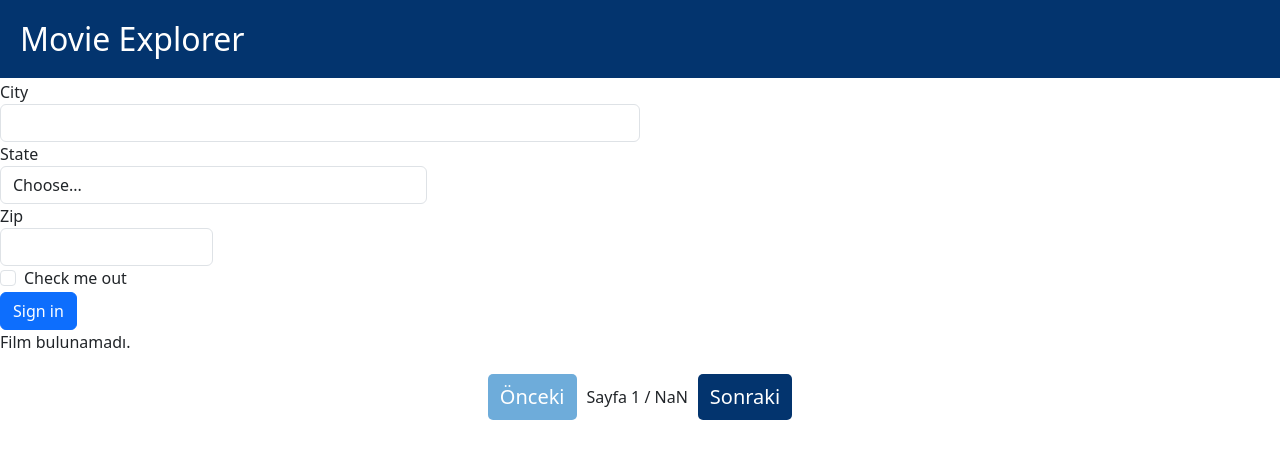
Repository: denizdizi/movie-explorer
Page: /
The author's editor kept a copy of each file at every save. The page is drawn from the files as they stood at one save, then again after the next save.
The browser window is 1280 px wide. The pictures show the whole page.
The page's requests for data from a server got no answer. The project was rebuilt for these pictures with package versions that can differ from the ones it lists, and the page was loaded fresh each time. No one was signed in, and anything a server would have sent is missing. Also part of the build but not shown: src/App.css, src/components/MovieCard.js.

Above is the page before, as saved 2025-03-28 22:47:29.

### src/index.js
import React from 'react';
import ReactDOM from 'react-dom/client';
import './index.css';
import App from './App';
import reportWebVitals from './reportWebVitals';
import { Provider } from 'react-redux';
import store from "./store/store";
import 'bootstrap/dist/css/bootstrap.min.css';
import 'bootstrap/dist/js/bootstrap.bundle.min';

const root = ReactDOM.createRoot(document.getElementById('root'));
root.render(
  <Provider store={store}>
    <App />
  </Provider>
);

// If you want to start measuring performance in your app, pass a function
// to log results (for example: reportWebVitals(console.log))
// or send to an analytics endpoint. Learn more: https://bit.ly/CRA-vitals
reportWebVitals();

### src/App.js
import './App.css';
import React from "react";
import { BrowserRouter as Router, Routes, Route } from "react-router-dom";
import Home from "./pages/Home";
import "./styles/global.scss";

function App() {
  return (
    <Router>
      <Routes>
        <Route path="/" element={<Home />} />
        {/* <Route path="/movie/:id" element={<MovieDetails />} /> */}
      </Routes>
    </Router>
  );
}

export default App;

### src/store/store.js
import { createStore, applyMiddleware, combineReducers } from "redux";
import { thunk } from "redux-thunk";
import movieReducer from "./reducers";

const rootReducer = combineReducers({
  movies: movieReducer,
});

const store = createStore(rootReducer, applyMiddleware(thunk));

export default store;

### src/pages/Home.js
import React, { useEffect, useState } from "react";
import { useDispatch, useSelector } from "react-redux";
import { fetchMovies } from "../store/actions";
import { setPage } from "../store/actions";
import MovieList from "../components/MovieList";
import SearchBar from "../components/SearchBar";
import Pagination from "../components/Pagination";
import { TailSpin } from 'react-loader-spinner';

const Home = () => {
  const dispatch = useDispatch();
  const { movies } = useSelector((state) => state);

  useEffect(() => {
    console.log("Current page changed:", movies.currentPage);
    dispatch(fetchMovies("pokemon", movies.currentPage));
  }, [dispatch, movies.currentPage]);

  const handlePageChange = (newPage) => {
    dispatch(setPage(newPage));
  };

  const handleSearch = (query) => {
    dispatch(fetchMovies(query, 1));
    dispatch(setPage(1));
  }

  return (
    <div>
      <h1 className="page-title">Movie Explorer</h1>
      <SearchBar onSearch={handleSearch}/>
      {movies.loading && (
        <div className="loading-overlay">
          {/* TailSpin spinner'ını burada gösteriyoruz */}
          <TailSpin
            height="100"
            width="100"
            color="#00BFFF"
            ariaLabel='loading'
          />
        </div>
      )}
      {movies.error && <p>Hata: {movies.error}</p>}
      <MovieList movies={movies} />
      <Pagination
        currentPage={movies.currentPage}
        totalResults={movies.totalResults}
        onPageChange={handlePageChange}
      />
    </div>
  );
};

export default Home;

### src/styles/global.scss
body {
    padding-top: 80px;
    font-family: 'Franklin Gothic Medium', 'Arial Narrow', Arial, sans-serif;
    background-color: #f9f9f9;
}

.movie-list {
    justify-content: center;
}

.movie-line {
  display: flex;
  align-items: center;
  margin-bottom: 2em;
  background-color: #f9f9f9;
  gap: 2em;
  justify-content: center;
}

.movie-card {
  width: 200px; /* Kartın genişliği */
  height: 300px; /* Kartın yüksekliği */
  border-radius: 10px; /* Köşeleri yuvarlat */
  box-shadow: 0 4px 8px rgba(0, 0, 0, 0.2); /* Gölgelendirme */
  overflow: hidden; /* İçerik taşmasını engelle */
  background-color: #fff; /* Arka plan beyaz */
  display: flex;
  flex-direction: column; /* İçeriği dikey yerleştir */
  align-items: center;
  justify-content: flex-start; /* Başlık ve içerikler üst kısımda yer alsın */
  padding: 10px;
  border: 1px solid #ddd; /* Çerçeve */
}

.img-container {
  width: 100%; /* Konteynerin genişliği */
  height: 60%; /* Resmin yüksekliği */
  overflow: hidden;
  padding: 0; /* Paddingi sıfırlayın */
  display: flex;
  justify-content: center;
  align-items: center; /* Resmin ortalanması için */
  border-radius: 5px;
}

.img-container img {
  width: 100%;
  height: 100%;
  object-fit: cover; /* Resmi konteynere tam sığdır */
  object-position: center;
}

.movie-card h3 {
  margin-top: 10px;
  font-size: 16px;
  text-align: center;
}

@media (max-width: 700px) {
  .movie-line {
    flex-direction: column;
  }

  .img-container {
    height: 60%; /* Küçük ekranlarda img-container yüksekliğini azaltın */
  }
}

.search-bar {
    display: flex;
    align-items: center;
    justify-content: center;
    margin: 20px 0;
  }

  .input-wrapper {
    display: flex;
    position: relative;
  }

  .search-input {
    padding: 10px;
    font-size: 1rem;
    border-radius: 5px;
    border: 1px solid #ccc;
    width: 300px;
    transition: all 0.3s ease;
  }

  .search-input:focus {
    border-color: #007bff;
    outline: none;
  }

  .clear-btn {
    position: absolute;
    top: 50%;
    right: 10px;
    transform: translateY(-50%);
    background: none;
    border: none;
    font-size: 18px;
    color: #ccc;
    cursor: pointer;
    transition: color 0.3s;
  }

  .search-btn {
    padding: 10px 20px;
    background-color: #03346E;
    color: white;
    border: none;
    border-radius: 5px;
    cursor: pointer;
    margin-left: 10px;
    font-size: 1rem;
  }

  .search-btn:hover {
    background-color: #0056b3;
  }

  .page-title {
    background-color: #03346E; /* Başlık arkaplan rengini koyu gri yapıyoruz */
    color: #fff; /* Yazı rengini beyaz yapıyoruz */
    padding: 20px; /* Arka planın etrafına biraz boşluk ekliyoruz */
    font-size: 2em; /* Başlık boyutunu büyütüyoruz */
    position: fixed; /* Başlık sabitlenecek */
    top: 0; /* Başlık üstte olacak */
    left: 0; /* Başlık solda olacak */
    width: 100%; /* Başlık tam genişlikte olacak */
    z-index: 1000; /* Başlık, diğer içeriklerin üstünde yer alacak */
    margin-top: 0;
  }

  .loading-overlay {
    position: fixed;
    top: 0;
    left: 0;
    width: 100%;
    height: 100%;
    background-color: rgba(0, 0, 0, 0.5); /* Yarı saydam siyah arka plan */
    display: flex;
    justify-content: center;
    align-items: center;
    z-index: 9999; /* Diğer içeriklerin üstünde olmalı */
  }

  .pagination {
    display: flex;
    justify-content: center;
    align-items: center;
    gap: 10px;
    margin: 20px 0;

    button {
      padding: 8px 12px;
      font-size: 20px;
      cursor: pointer;
      border: none;
      background: #03346E;
      color: white;
      border-radius: 5px;

      &:disabled {
        background: #6EACDA;
        cursor: not-allowed;
      }
    }
  }

### src/store/reducers.js
import { SET_PAGE, SET_QUERY, FETCH_MOVIES_REQUEST, FETCH_MOVIES_SUCCESS, FETCH_MOVIES_FAILURE } from "./actions";

const initialState = {
  movies: [],
  totalResults: "0",
  currentPage: 1,
  loading: false,
  error: null,
  searchQuery: "pokemon",
};

const movieReducer = (state = initialState, action) => {
  switch (action.type) {
    case SET_PAGE:
      return {
        ...state,
        currentPage: action.payload,
      };
    case FETCH_MOVIES_REQUEST:
      return { ...state, loading: true };
    case FETCH_MOVIES_SUCCESS:
      return { ...state, loading: false, movies: action.payload.movies, totalResults: action.payload.totalResults };
    case FETCH_MOVIES_FAILURE:
      return { ...state, loading: false, error: action.payload };
    case SET_QUERY:
      return { ...state, searchQuery: action.payload };
    default:
      return state;
  }
};

export default movieReducer;

### src/store/actions.js
import { searchMovies } from "../utils/api";

export const FETCH_MOVIES_REQUEST = "FETCH_MOVIES_REQUEST";
export const FETCH_MOVIES_SUCCESS = "FETCH_MOVIES_SUCCESS";
export const FETCH_MOVIES_FAILURE = "FETCH_MOVIES_FAILURE";
export const SET_PAGE = "SET_PAGE";
export const SET_QUERY = "SET_QUERY";

export const fetchMovies = (query = "pokemon", page = 1, type, year) => async (dispatch) => {
  dispatch({ type: FETCH_MOVIES_REQUEST });

  try {
    const data = await searchMovies(query, page);
    dispatch({ type: FETCH_MOVIES_SUCCESS, payload: {movies: data.Search, totalResults: data.totalResults} });
  } catch (error) {
    dispatch({ type: FETCH_MOVIES_FAILURE, payload: error.message });
  }
};

export const setPage = (page) => ({
  type: SET_PAGE,
  payload: page,
});

export const setQuery = (query) => ({
  type: SET_QUERY,
  payload: query,
});

### src/components/MovieList.js
import React from "react";
import MovieCard from "./MovieCard";

const MovieList = ({ movies }) => {
  if (!movies || !movies.movies || movies.movies.length === 0) {
    return <p>Film bulunamadı.</p>;
  }

  return (
    <div className="movie-list">
      <div className="row movie-line">
        {movies.movies.slice(0, 5).map((movie) => (
          <MovieCard key={movie.imdbID} movie={movie} />
        ))}
      </div>
      <div className="row movie-line">
        {movies.movies.slice(5, 10).map((movie) => (
          <MovieCard key={movie.imdbID} movie={movie} />
        ))}
      </div>
    </div>
  );
};

export default MovieList;

### src/components/SearchBar.js
import React from "react";
import { useDispatch } from "react-redux";
import { fetchMovies } from "../store/actions";

const SearchBar = () => {
  const dispatch = useDispatch();

  const handleSearch = (e) => {
    // e.preventDefault();
    // if (query.trim() !== "") {
    //   dispatch(fetchMovies(query, 1));
    // }
  };

  return (
<form>
  <div class="form-row">
    <div class="form-group col-md-6">
      <label for="inputCity">City</label>
      <input type="text" class="form-control" id="inputCity" />
    </div>
    <div class="form-group col-md-4">
      <label for="inputState">State</label>
      <select id="inputState" class="form-control">
        <option selected>Choose...</option>
        <option>...</option>
      </select>
    </div>
    <div class="form-group col-md-2">
      <label for="inputZip">Zip</label>
      <input type="text" class="form-control" id="inputZip" />
    </div>
  </div>
  <div class="form-group">
    <div class="form-check">
      <input class="form-check-input" type="checkbox" id="gridCheck" />
      <label class="form-check-label" for="gridCheck">
        Check me out
      </label>
    </div>
  </div>
  <button type="submit" class="btn btn-primary">Sign in</button>
</form>
  );
};

export default SearchBar;

### src/components/Pagination.js
import React from "react";

const Pagination = ({currentPage, totalResults, onPageChange}) => {
  const totalPages = Math.ceil(totalResults / 10);

  const handleNext = () => {
    if (currentPage < totalPages) {
      onPageChange(currentPage + 1);
    }
  };

  const handlePrev = () => {
    if (currentPage > 1) {
      onPageChange(currentPage - 1);
    }
  };

  return (
    <div className="pagination">
      <button onClick={handlePrev} disabled={currentPage === 1}>
        Önceki
      </button>
      <span>Sayfa {currentPage} / {totalPages}</span>
      <button onClick={handleNext} disabled={currentPage === totalPages}>
        Sonraki
      </button>
    </div>
  );
};

export default Pagination;

### src/utils/api.js
import axios from "axios";

const API_KEY = "df54e6ed";
const BASE_URL = "https://www.omdbapi.com/";

export const searchMovies = async (text = "pokemon", year, type, page = 1) => {
  try {
    const response = await axios.get(BASE_URL, {
      params: {
        apikey: API_KEY,
        s: text,
        y: year,
        type: type,
        page: page,
      },
    });
    return response.data;
  } catch (error) {
    console.error("Film arama hatası:", error);
    return [];
  }
};

export const getMovieDetails = async (movieID) => {
  try {
    const response = await axios.get(BASE_URL, {
      params: {
        apikey: API_KEY,
        i: movieID,
      },
    });
    return response.data;
  } catch (error) {
    console.error("Film detaylarını getirme hatası:", error);
    return null;
  }
};

Loaded but not shown: public/index.html (common file); src/index.css (common file); src/reportWebVitals.js (common file); src/styles/movie.scss (no stored copy; drawn as an empty file)

After the next save:
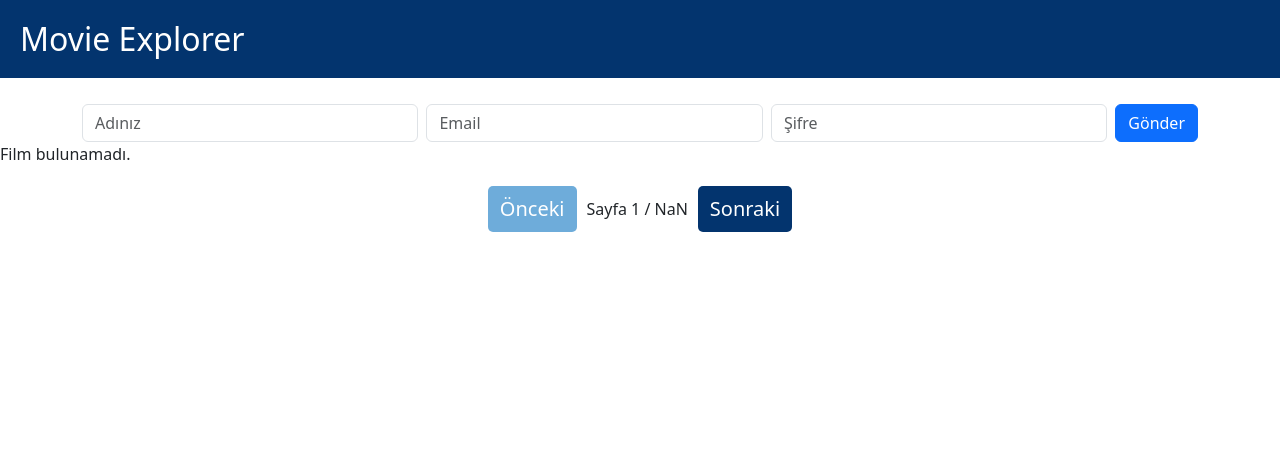
Saved 2 min 38 s later.
--- a/src/components/SearchBar.js
+++ b/src/components/SearchBar.js
@@ -13,34 +13,24 @@ const SearchBar = () => {
   };
 
   return (
-<form>
-  <div class="form-row">
-    <div class="form-group col-md-6">
-      <label for="inputCity">City</label>
-      <input type="text" class="form-control" id="inputCity" />
+    <div className="container mt-4">
+      <form>
+        <div className="row g-2">
+          <div className="col">
+            <input type="text" className="form-control" placeholder="Adınız" />
+          </div>
+          <div className="col">
+            <input type="email" className="form-control" placeholder="Email" />
+          </div>
+          <div className="col">
+            <input type="password" className="form-control" placeholder="Şifre" />
+          </div>
+          <div className="col-auto">
+            <button type="submit" className="btn btn-primary">Gönder</button>
+          </div>
+        </div>
+      </form>
     </div>
-    <div class="form-group col-md-4">
-      <label for="inputState">State</label>
-      <select id="inputState" class="form-control">
-        <option selected>Choose...</option>
-        <option>...</option>
-      </select>
-    </div>
-    <div class="form-group col-md-2">
-      <label for="inputZip">Zip</label>
-      <input type="text" class="form-control" id="inputZip" />
-    </div>
-  </div>
-  <div class="form-group">
-    <div class="form-check">
-      <input class="form-check-input" type="checkbox" id="gridCheck" />
-      <label class="form-check-label" for="gridCheck">
-        Check me out
-      </label>
-    </div>
-  </div>
-  <button type="submit" class="btn btn-primary">Sign in</button>
-</form>
   );
 };
 
